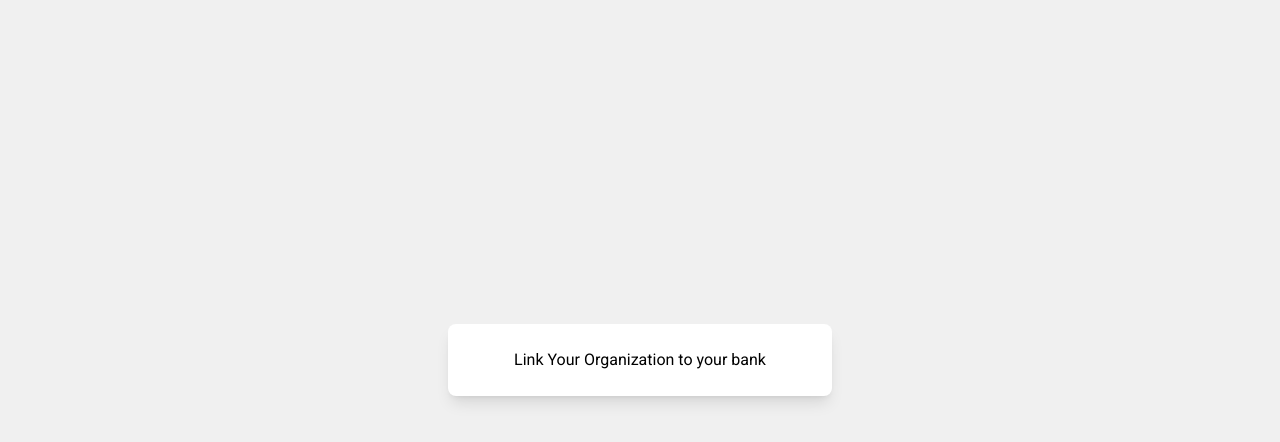
Repository: Nathan-spec/link_to_org
Page: /
An editor plug-in stored every save of this project. The page is shown before and after the next save, followed by the edit.
The browser window is 1280 px wide. The pictures show the whole page.
The project was rebuilt for these pictures with package versions that can differ from the ones it lists, and the page was loaded fresh each time. The framework's server and built-in components were replaced by stand-ins that run in the browser. Also part of the build but not shown: next.config.ts.

Above is the page before, as saved 2024-10-25 13:11:02.

After the next save:
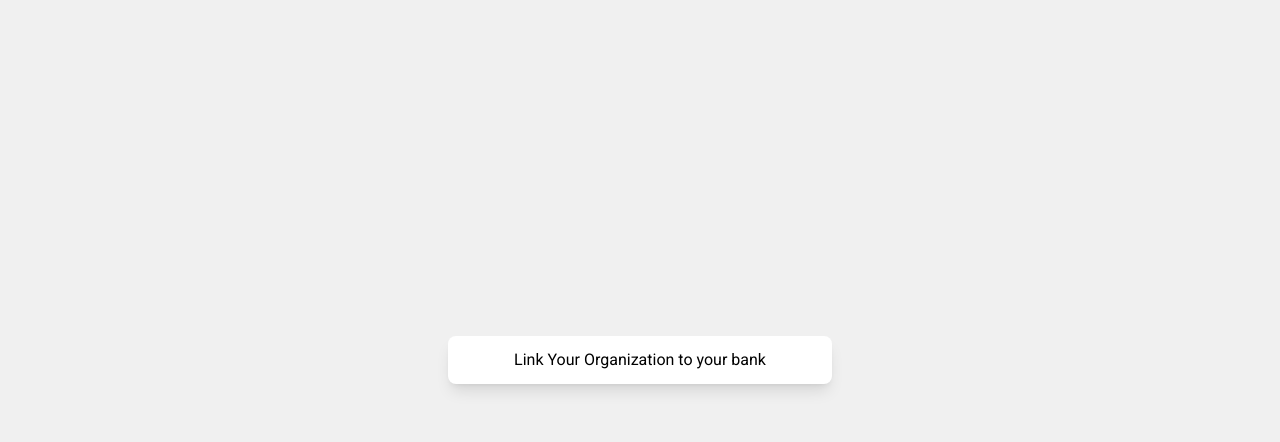
Saved 20 s later.
--- a/app/page.tsx
+++ b/app/page.tsx
@@ -12,7 +12,7 @@ export default function Home() {
     className={`w-full h-screen flex items-center justify-center ${roboto.className}`}
     style={{ backgroundColor: '#f0f0f0'}}
     >
-      <div className={`w-96 p-6 bg-white rounded-lg shadow-lg ${roboto.className}`}>
+      <div className={`w-96 p-3 bg-white rounded-lg shadow-lg ${roboto.className}`}>
       {/* Inner card component */}
        <h1 style={{fontSize: '16px', color: 'black', textAlign: 'center', }}> Link Your Organization to your bank </h1>
       </div>
